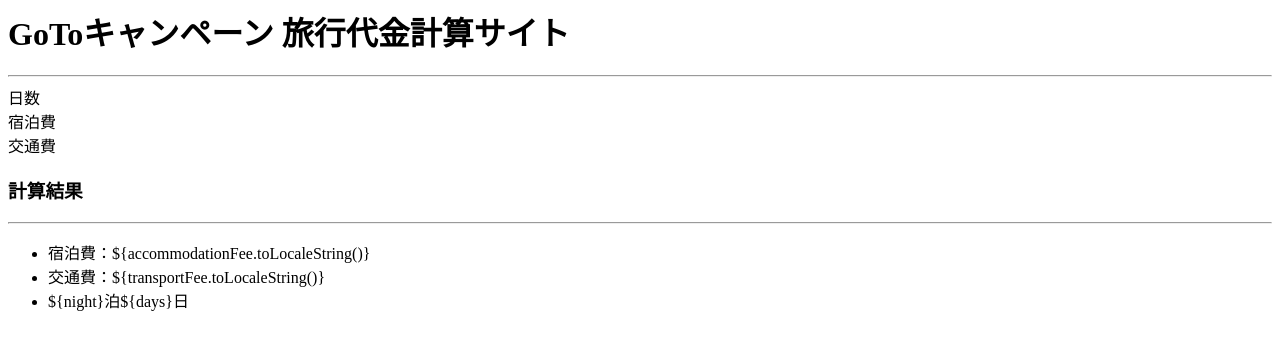
Repository: Ischca/ischca.github.io
Page: src/my-app.html
The author's editor kept a copy of each file at every save. The page is drawn from the files as they stood at one save, then again after the next save.
The browser window is 1280 px wide. The pictures show the whole page.

Above is the page before, as saved 2020-10-02 15:15:11.

After the next save:
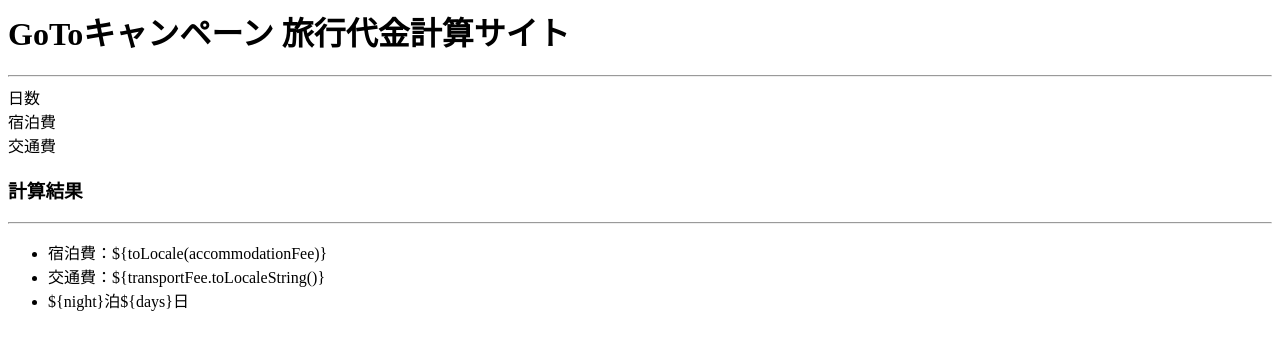
Saved 3 min 49 s later.
--- a/src/my-app.html
+++ b/src/my-app.html
@@ -37,7 +37,7 @@
     <div id="result" class="text-center">
         <ul class="list-group list-group-flush">
             <li class="list-group-item">
-                宿泊費：${accommodationFee.toLocaleString()}
+                宿泊費：${toLocale(accommodationFee)}
             </li>
             <li class="list-group-item">
                 交通費：${transportFee.toLocaleString()}

After the save that followed:
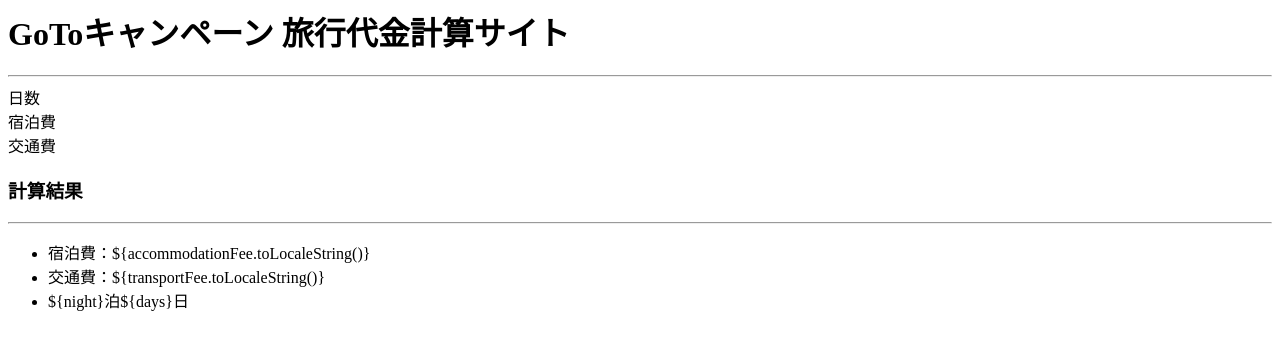
Saved 2 min 34 s later.
--- a/src/my-app.html
+++ b/src/my-app.html
@@ -37,7 +37,7 @@
     <div id="result" class="text-center">
         <ul class="list-group list-group-flush">
             <li class="list-group-item">
-                宿泊費：${toLocale(accommodationFee)}
+                宿泊費：${accommodationFee.toLocaleString()}
             </li>
             <li class="list-group-item">
                 交通費：${transportFee.toLocaleString()}
